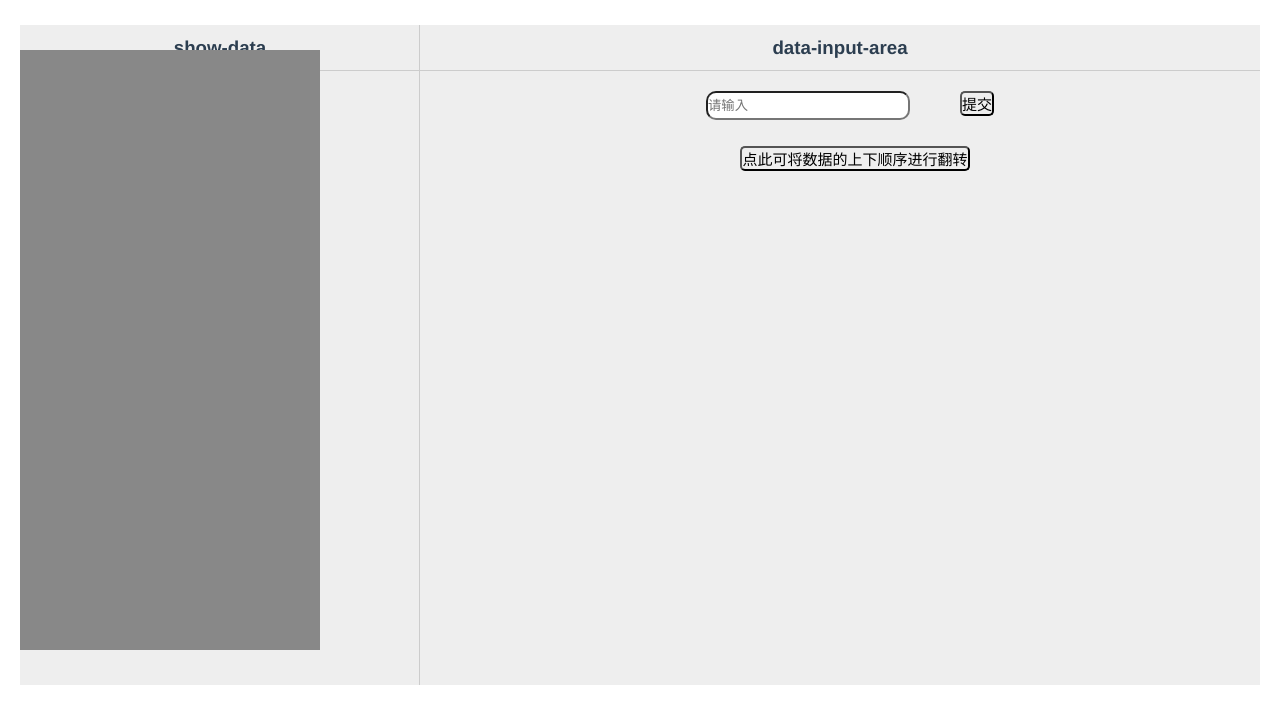
Repository: z-xy-git/demofirst
Page: /home/reverseShowData
These files come from the project's save history. The page is drawn as it stood at one moment and after the next save; the edit follows.
The browser window is 1280 px wide. The pictures show the whole page.
The project was rebuilt for these pictures with package versions that can differ from the ones it lists, and the page was loaded fresh each time.

Above is the page before, as saved 2021-03-01 14:35:07.

### src/App.vue
<template>
  <div id="app">
    <router-view/>
  </div>
</template>

<style>
#app {
  font-family: Avenir, Helvetica, Arial, sans-serif;
  -webkit-font-smoothing: antialiased;
  -moz-osx-font-smoothing: grayscale;
  text-align: center;
  color: #2c3e50;
}
body{
  background-color: #fff;
}
#nav {
  padding: 30px;
}

#nav a {
  font-weight: bold;
  color: #2c3e50;
}

#nav a.router-link-exact-active {
  color: #42b983;
}
</style>

### src/router/index.js
import Vue from 'vue'
import VueRouter from 'vue-router'
import Home from '../views/Home.vue'
import ShowData from '../views/ShowData.vue'
import ReverseShowData from '../views/ReverseShowData.vue'

Vue.use(VueRouter)

const originalPush = VueRouter.prototype.push;
VueRouter.prototype.push = function push(location) {
    return originalPush.call(this, location).catch(err => err)
}

const routes = [
  {
    path: '',
    redirect: '/home'
  },
  {
    path: '/home',
    name: 'Home',
    component: Home,
    children:[
      {
        path: 'showData',
        component: ShowData
      },
      {
        path: 'reverseShowData',
        component: ReverseShowData
      }
    ]
  },
  // {
    // path: '/showData',
    // name: 'ShowData',
    // route level code-splitting
    // this generates a separate chunk (about.[hash].js) for this route
    // which is lazy-loaded when the route is visited.
    // component: () => import(/* webpackChunkName: "about" */ '../views/ShowData.vue')
  // }
]

const router = new VueRouter({
  mode: 'history',
  base: process.env.BASE_URL,
  routes
})

export default router

### src/store/index.js
import Vue from 'vue'
import Vuex from 'vuex'
import getters from './getters'
import mutations from './mutation'

Vue.use(Vuex)

export default new Vuex.Store({
  state: {
    dataArr: []
  },
  getters,
  mutations,
  actions: {
  },
  modules: {
  }
})

### src/views/Home.vue
<template>
  <div class="home">
    <div class="left">
      <div class="left-top"><h3>show-data</h3></div>
    </div>
    <router-view/>
    <div class="right">
      <div class="right-title"><h3>data-input-area</h3></div>
      <div class="right-input">
        <input type="text" v-model="inputData"
          placeholder="请输入"
          class="input-style"
          onmouseover="this.select()">
        <button @click="btnclick" class="btn-style">提交</button>
      </div>
      <div class="right-reverse-btn">
        <button @click="reverseItemData" class="btn-style">点此可将数据的上下顺序进行翻转</button>
      </div>
    </div>
  </div>
</template>

<script>
// @ is an alias to /src

export default {
  name: 'Home',
  components: {
  },
  data(){
    return{
      inputData: '',
      isgoReverse: true
    }
  },
  methods:{
    btnclick() {
      this.$store.commit('addData',this.inputData);
      this.$router.push('/home/showData');
    },
    reverseItemData(){
      if(this.isgoReverse){
        this.$router.push('/home/reverseShowData');
        this.isgoReverse = false;
      }
      else{
        this.$router.push('/home/showData');
        this.isgoReverse = true;
      }
    }
  }
}
</script>
<style>
  *{
    margin: 0;
    padding: 0;
  }
  .home{
    width: 100%;
    height: 100%;
  }
  .left{
    position: absolute;
    left: 20px;
    top: 25px;
    width: 400px;
    height: 660px;
    background-color: #eee;
  }
  .left-top{
    height: 45px;
    line-height: 45px;
    text-align: center;
    border-bottom: 1px solid #ccc;
  }
  .right{
    position: absolute;
    right: 20px;
    top: 25px;
    width: calc(100% - 440px);
    height: 660px;
    border-left: 1px solid #ccc;
    background-color: #eee;
  }
  .right-title{
    height: 45px;
    line-height: 45px;
    text-align: center;
    border-bottom: 1px solid #ccc;
  }
  .input-style{
    margin: 20px;
    outline: none;
    border-radius: 10px;
    width: 200px;
    height: 25px;
  }
  .btn-style{
    margin: 0 0 30px 30px;
    outline: none;
    border-radius: 5px;
    background-color: #eee;
    font-size: 15px;
  }
</style>

### src/views/ShowData.vue
<template>
  <div class="show-data">
    <h4>show-data</h4>
    <p class="p" v-for="(item,index) in this.dataArr" :key="index">{{item}}</p>
  </div>
</template>

<script>
import {mapState} from 'vuex'

export default {
  name:'ShowData',
  computed:{
    ...mapState(['dataArr'])
  }
}
</script>

<style>
.show-data{
    position: absolute;
    left: 20px;
    top: 50px;
    width: 300px;
    height: 600px;
    background-color: #888;
    color: #fff;
  }
</style>

### src/views/ReverseShowData.vue
<template>
  <div class="show-data">
    <ul class="data-ul">
      <li v-for="(item, index) in dataArr" :key="index">{{item}}</li>
    </ul>
  </div>
</template>

<script>
import {mapGetters} from 'vuex'

export default {
  name:'ReverseShowData',
  computed:{
    ...mapGetters(['dataArr']),
    reverseDataArr(){
      let data = JSON.parse(JSON.stringify(this.dataArr))
      return data.reverse();
    }
  }
}
</script>

<style scoped>
.show-data{
    position: absolute;
    left: 20px;
    top: 50px;
    width: 300px;
    height: 600px;
    background-color: #888;
    color: #fff;
  }
  .data-ul{
      width: 100%;
      height: 100%;
    }
    .data-ul li{
      list-style: none;
      height: 35px;
      line-height: 35px;
      border-bottom: 1px solid #ddd;
    }
</style>

### src/store/getters.js
export default {
  dataArr(state){
    return state.dataArr;
  }
}

### src/store/mutation.js
export default {
  addData(state, payload){
    state.dataArr.push(payload);
  }
}

Loaded but not shown: public/index.html (common file); src/main.js (common file)

After the next save:
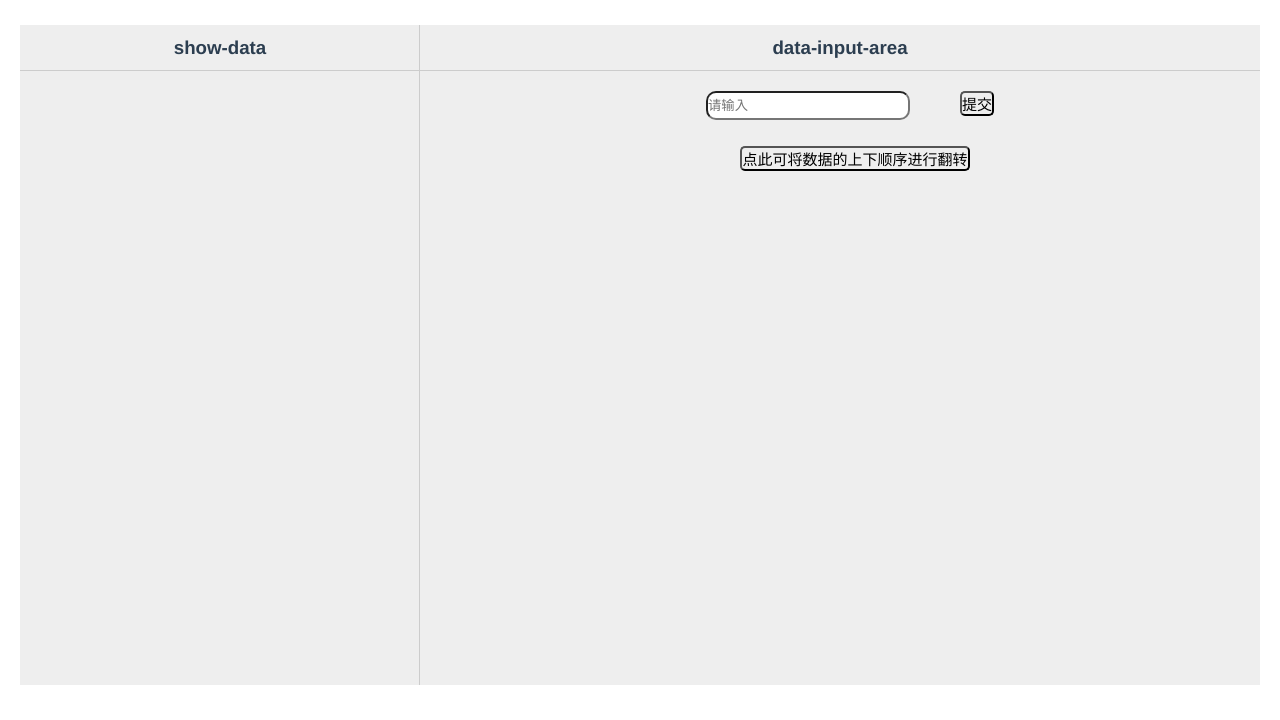
Saved 33 s later.
--- a/src/views/ReverseShowData.vue
+++ b/src/views/ReverseShowData.vue
@@ -25,11 +25,11 @@ export default {
 .show-data{
     position: absolute;
     left: 20px;
-    top: 50px;
-    width: 300px;
-    height: 600px;
-    background-color: #888;
-    color: #fff;
+    top: 71px;
+    width: 400px;
+    height: 614px;
+    background-color: #eee;
+    color: #333;
   }
   .data-ul{
       width: 100%;
